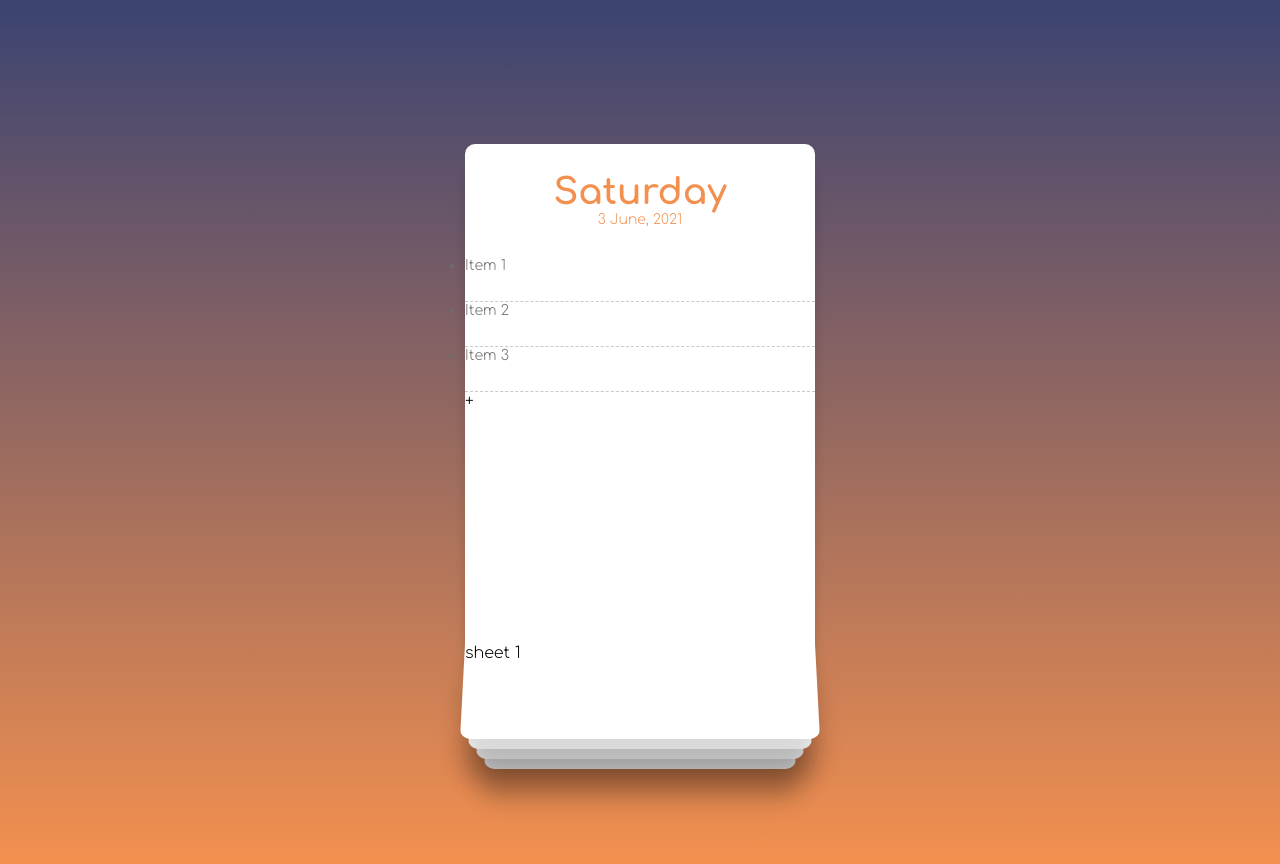
Repository: Colo-Codes/mini-projects
Page: todo-app/index.html
An editor plug-in stored every save of this project. The page is shown before and after the next save, followed by the edit.
The browser window is 1280 px wide. The pictures show the whole page.

Above is the page before, as saved 2021-07-04 12:02:17.

### todo-app/index.html
<!DOCTYPE html>
<html lang="en">
    <head>
        <meta charset="UTF-8" />
        <meta http-equiv="X-UA-Compatible" content="IE=edge" />
        <meta name="viewport" content="width=device-width, initial-scale=1.0" />
        <link rel="stylesheet" href="./css/index.css" />
        <title>Mini-Project - ToDo app</title>
    </head>
    <body>
        <div class="changing-background">
            <main class="todo">
                <section id="todo--header">
                    <header>Saturday</header>
                    <p>3 June, 2021</p>
                </section>
                <section id="todo--tasks-list">
                    <ul>
                        <li class="todo--tasks-list--item">Item 1</li>
                        <li class="todo--tasks-list--item">Item 2</li>
                        <li class="todo--tasks-list--item">Item 3</li>
                    </ul>
                </section>
                <section id="todo--footer">
                    <p>+</p>
                </section>
            </main>
            <div id="sheet-1-3d">sheet 1</div>
            <div id="sheet-2-3d">sheet 2</div>
            <div id="sheet-3-3d">sheet 3</div>
            <div id="sheet-4-3d">sheet 4</div>
        </div>
    </body>
</html>

### todo-app/css/index.css
@import url('https://fonts.googleapis.com/css2?family=Comfortaa:wght@300;700&display=swap');

/* SECTION Initial reset */

html {
    box-sizing: border-box;
    font-size: 16px;
}

*,
*:before,
*:after {
    box-sizing: inherit;
    margin: 0;
    padding: 0;
    /*outline: 1px dashed blue; /* Debugging purposes */
}

/* SECTION Background */

body {
    font-family: 'Comfortaa', cursive;
    background: #f3904f; /* fallback for old browsers */
    background: -webkit-linear-gradient(
        to bottom,
        #3b4371,
        #f3904f
    ); /* Chrome 10-25, Safari 5.1-6 */
    background: linear-gradient(
        to bottom,
        #3b4371,
        #f3904f
    ); /* W3C, IE 10+/ Edge, Firefox 16+, Chrome 26+, Opera 12+, Safari 7+ */
    background-repeat: no-repeat;
    background-size: cover;
    height: 100vh;
}

/* SECTION ToDo container */

.todo {
    margin: auto;
    margin-top: 20vh;
    width: 350px;
    height: 500px;
    background-color: white;
    border-radius: 10px 10px 0 0;
    box-shadow: 0px 30px 12px rgba(0, 0, 0, 0.15);
}

/* ToDo shapes and shadows */

div [id^='sheet-'] {
    margin: auto;
    border-radius: 0 0 10px 10px;
    -webkit-filter: drop-shadow(0px 30px 12px rgba(0, 0, 0, 0.15));
    filter: drop-shadow(0px 30px 12px rgba(0, 0, 0, 0.15));
    -ms-filter: "progid:DXImageTransform.Microsoft.Dropshadow(OffX=0, OffY=30, Color='#444')";
    filter: "progid:DXImageTransform.Microsoft.Dropshadow(OffX=0, OffY=30, Color='#444')";
    /* trapezoidal shape */
    border-bottom: 95px solid white;
    border-left: 5px solid transparent;
    border-right: 5px solid transparent;
}
#sheet-1-3d {
    width: 360px;
    height: 95px;
    margin: auto;
    border-radius: 0 0 10px 10px;
    position: relative;
    z-index: 1;
}
#sheet-2-3d {
    width: 344px;
    height: 95px;
    margin: auto;
    margin-top: -85px;
    border-radius: 0 0 10px 10px;
    position: relative;
    z-index: -1;
}
#sheet-3-3d {
    width: 328px;
    height: 95px;
    margin: auto;
    margin-top: -85px;
    border-radius: 0 0 10px 10px;
    position: relative;
    z-index: -2;
}
#sheet-4-3d {
    width: 312px;
    height: 95px;
    margin: auto;
    margin-top: -85px;
    border-radius: 0 0 10px 10px;
    position: relative;
    z-index: -3;
}

/* SECTION ToDo header */

#todo--header header {
    padding-top: 1.75rem;
    font-size: 2.25rem;
    font-weight: 700;
    text-align: center;
    color: #f3904f;
}

#todo--header p {
    font-size: 0.875rem;
    text-align: center;
    color: #f3904f;
}

/* SECTION ToDo list of tasks */

#todo--tasks-list {
    margin-top: 1.875rem;
}

.todo--tasks-list--item {
    font-size: 0.89rem;
    color: #6d6d6d;
    height: 45px;
    border-bottom: 1px dashed #c9c9c9;
    padding: auto 0 auto 40px;
}

After the next save:
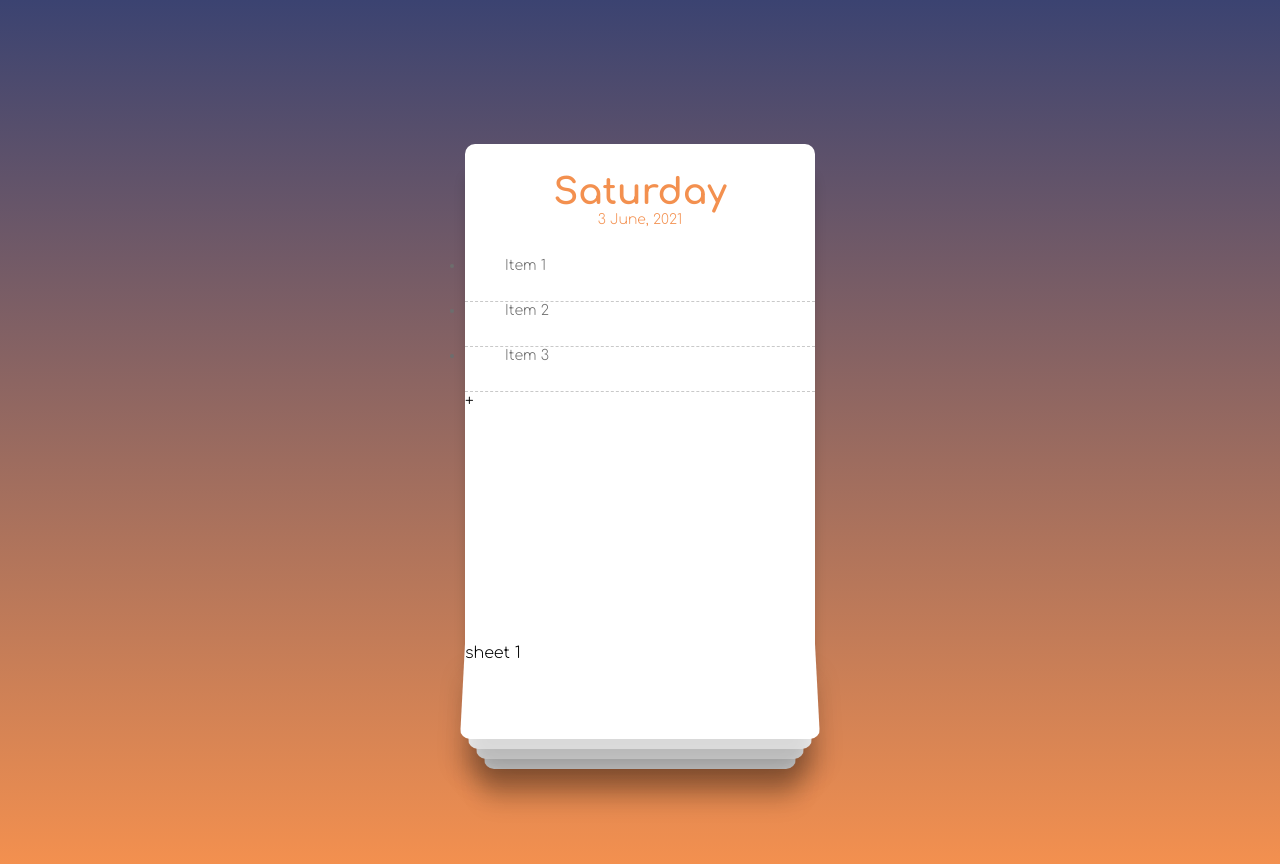
Saved 17 s later.
--- a/todo-app/css/index.css
+++ b/todo-app/css/index.css
@@ -125,5 +125,6 @@ div [id^='sheet-'] {
     color: #6d6d6d;
     height: 45px;
     border-bottom: 1px dashed #c9c9c9;
-    padding: auto 0 auto 40px;
+    margin: auto 0;
+    padding-left: 40px;
 }
